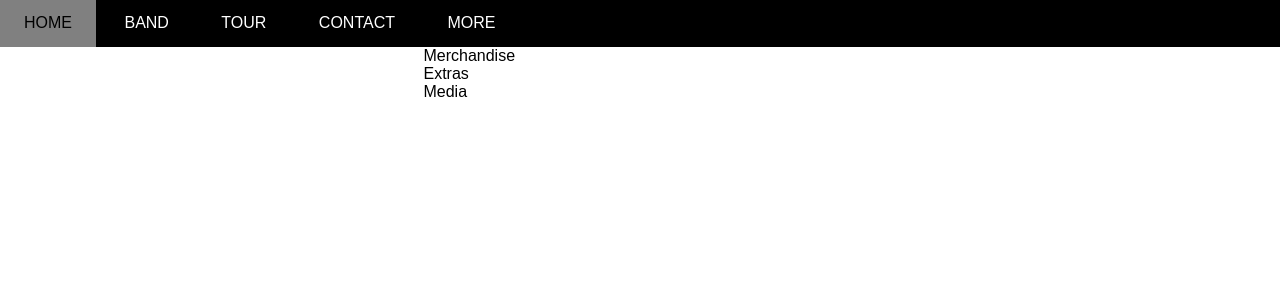
Repository: ngotranphuongbao/theband
Page: index.html
These files come from the project's save history. The page is drawn as it stood at one moment and after the next save; the edit follows.
The browser window is 1280 px wide. The pictures show the whole page.
Some web libraries are served in a nearby version.

Above is the page before, as saved 2022-12-21 07:19:25.

After the next save:
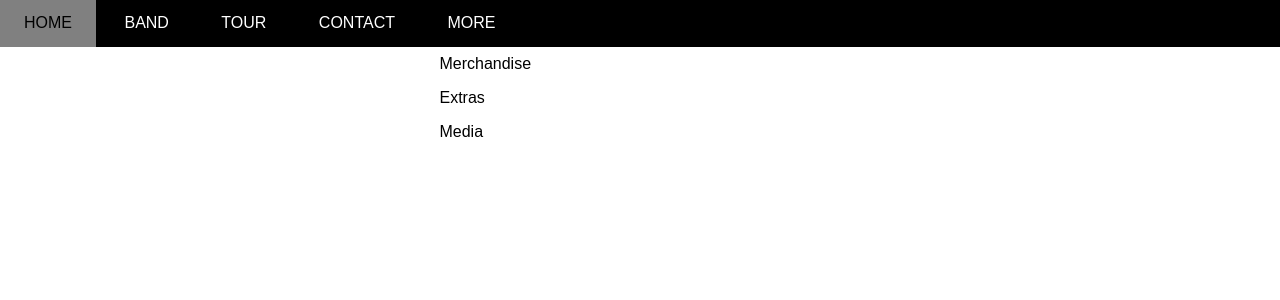
Saved 38 s later.
--- a/assets/css/style.css
+++ b/assets/css/style.css
@@ -48,7 +48,7 @@ html {
 
 #subnav > li {
     display: block;
-    text-align: left;
+    padding: 8px 16px;
 }
 
 #subnav > li > a {
